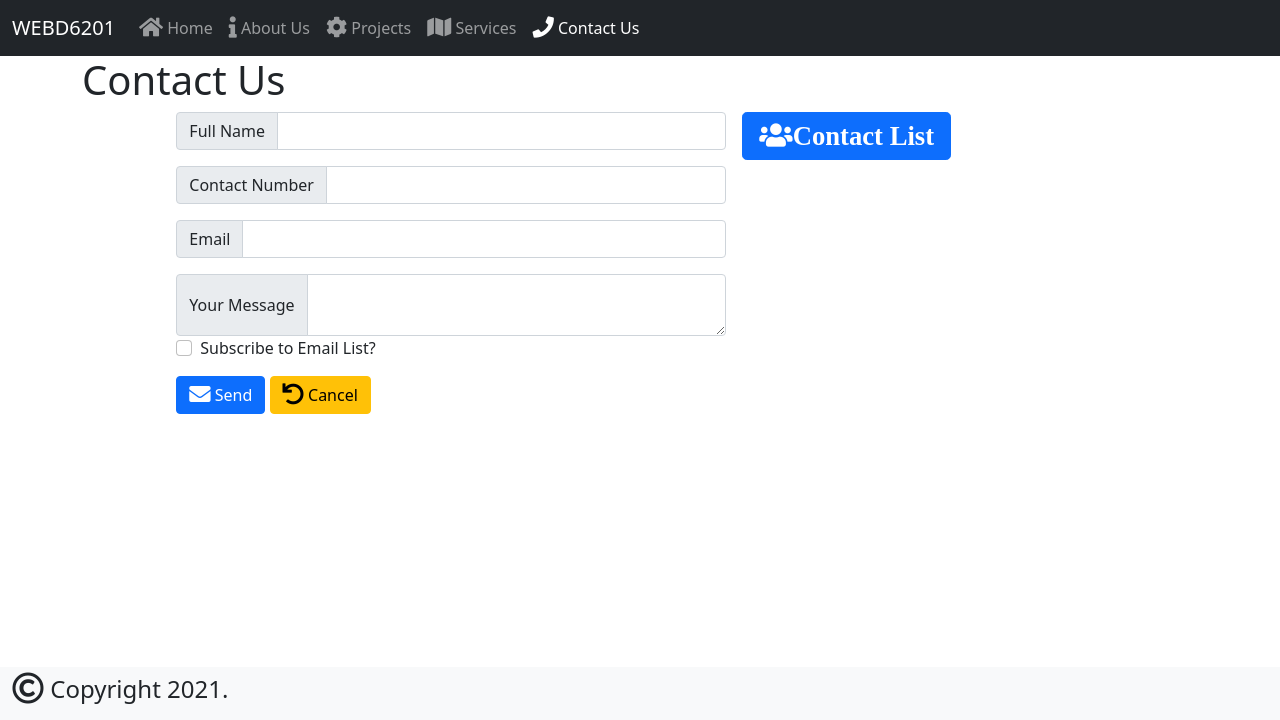
Repository: GarlicButterBoy/WEBD6201-ICE04
Page: contact.html
The author's editor kept a copy of each file at every save. The page is drawn from the files as they stood at one save, then again after the next save.
The browser window is 1280 px wide. The pictures show the whole page.

Above is the page before, as saved 2021-02-10 09:38:28.

### contact.html
<!DOCTYPE html>
<html lang="en">
<head>
    <meta charset="UTF-8">
    <meta name="viewport" content="width=device-width, initial-scale=1.0">
    <title>Contact</title>
    <!-- CSS Section -->
    <link rel="stylesheet" href="./node_modules/bootstrap/dist/css/bootstrap.min.css">
    <link rel="stylesheet" href="./node_modules/@fortawesome/fontawesome-free/css/all.min.css">
    <link rel="stylesheet" href="./Content/app.css">
</head>
<body>
    <!-- Main Header -->
    <header>
        <!-- Main Navigation -->
        <nav class="navbar navbar-expand-lg navbar-dark bg-dark">
            <div class="container-fluid">
              <a class="navbar-brand" href="index.html">WEBD6201</a>
              <button class="navbar-toggler" type="button" data-bs-toggle="collapse" data-bs-target="#navbarSupportedContent" aria-controls="navbarSupportedContent" aria-expanded="false" aria-label="Toggle navigation">
                <span class="navbar-toggler-icon"></span>
              </button>
              <div class="collapse navbar-collapse" id="navbarSupportedContent">
                <ul class="navbar-nav me-auto mb-2 mb-lg-0">
                  <li class="nav-item">
                    <a class="nav-link" aria-current="page" href="index.html"><i class="fas fa-home fa-lg"></i> Home</a>
                  </li>

                  <li class="nav-item">
                    <a class="nav-link" aria-current="page" href="about.html"><i class="fas fa-info fa-lg"></i> About Us</a>
                  </li>

                  <li class="nav-item">
                    <a class="nav-link" aria-current="page" href="projects.html"><i class="fas fa-cog fa-lg"></i> Projects</a>
                  </li>

                  <li class="nav-item">
                    <a class="nav-link" aria-current="page" href="services.html"><i class="fas fa-map fa-lg"></i> Services</a>
                  </li>

                  <li class="nav-item">
                    <a class="nav-link active" aria-current="page" href="contact.html"><i class="fas fa-phone fa-lg"></i> Contact Us</a>
                  </li>
                </ul>
              </div>
            </div>
          </nav>
    </header>

    <!-- Main Content -->
    <main class="container">
        <h1>Contact Us</h1>
        <div id="messageArea"></div>

        <div class="row justify-content-lg-center g-3">
          <form class="col-lg-6 col-md-10 col-sm-10">

            <div class="input-group mb-3">
              <span class="input-group-text" id="inputGroup-sizing-default">Full Name </span>
              <input id="fullName" type="text" class="form-control" aria-label="Full Name" aria-describedby="Full Name Input"
              name="fullName" required>
            </div>

            <div class="input-group mb-3">
              <span class="input-group-text" id="inputGroup-sizing-default">Contact Number</span>
              <input id="contactNumber" type="tel" class="form-control" aria-label="Contact Number" aria-describedby="Contact Number Input"
              name="contactNumber" required>
            </div>

            <div class="input-group mb-3">
              <span class="input-group-text" id="inputGroup-sizing-default">Email</span>
              <input id="emailAddress" type="email" class="form-control" aria-label="Email Address" aria-describedby="Email Address Input"
              name="emailAddress" required>
            </div>

            <div class="input-group">
              <span class="input-group-text" >Your Message</span>
              <textarea class="form-control" aria-label="With textarea" required></textarea>
            </div>

            <div class="form-check mb-3">
              <input class="form-check-input" type="checkbox" value="" id="subscribeCheckbox" name="subscribeCheckbox">
              <label class="form-check-label" for="subscribeCheckbox">Subscribe to Email List?</label>
            </div>

            <button id="sendButton" type="submit" class="btn btn-primary"><i class="fas fa-envelope fa-lg"></i> Send</button>
            <button id="cancelButton" type="reset" class="btn btn-warning"><i class="fas fa-undo fa-lg"></i> Cancel</button>
          </form>

          <div class="col=lg-3 col-md-4">
            <a href="contact-list.html" class="btn btn-primary btn-lg"><i class="fas fa-users fa-lg">Contact List</i></a>
          </div>

        </div>


    </main>

    <!-- Main Footer -->
    <footer>
        <nav class="navbar fixed-bottom navbar-light bg-light">
            <div class="container-fluid">
              <h4><i class="far fa-copyright fa-lg"></i> Copyright 2021.</h4>
            </div>
          </nav>
    </footer>

    <!-- Script Section-->
    <script src="./node_modules/jquery/dist/jquery.min.js"></script>
    <script src="./node_modules/bootstrap/dist/js/bootstrap.bundle.min.js"></script>
    <script src="./Scripts/namespace.js"></script>
    <script src="./Scripts/contact.js"></script>
    <script src="./Scripts/app.js"></script>
</body>
</html>

### Scripts/namespace.js

//namespace core
let core;

### Scripts/contact.js
"use strict";

//Contact Class

(()=>{
    class Contact {

        //getters and setters
      get FullName()
      {
          return this.m_fullName;
      }
      get ContactNumber()
      {
          return this.m_conactNumber;
      }
      get EmailAddress()
      {
          return this.m_emailAddress;
      }
      set FullName(value)
      {
          this.m_fullName = value;
      }
      set ContactNumber(value)
      {
          this.m_conactNumber = value;
      }
      set EmailAddress(value)
      {
          this.m_emailAddress = value;
      }

        //Constructor
        /**
         * A Constructor for any Contact objects being instantiated
         * @param {string} fullName
         * @param {string} contactNumber
         * @param {string} emailAddress
         */
        constructor(fullName = "", contactNumber = "", emailAddress = "")
        {
            this.ContactNumber = contactNumber;
            this.EmailAddress = emailAddress;
            this.FullName = fullName;
        }



        //Methods
        /**
         * Overrides the toString method to print the Contact class
         * @returns {string}
         */
        toString()
        {
            return `Full Name: ${this.m_fullName}\nPhone: ${this.m_contactNumber}\nEmail: ${this.m_emailAddress}`;
        }

        /**
         * This method returns a JSON Object
         * @returns {Object}
         */
        toJSON()
        {
            return {
                "fullName":this.FullName,
                "contactNumber":this.ContactNumber,
                "emailAddress":this.EmailAddress
            }
        }
        /**
         * Method converts the Contact into a comma-seperated value string
         * @returns {String}
         */
        serialize()
        {
            if (this.FullName !== "" && this.ContactNumber !== "" && this.EmailAddress !== "")
            {
                return `${this.FullName},${this.ContactNumber},${this.EmailAddress}`;
            }
            else
            {
                console.error("Error: One of more of the Contact Properties are empty or null.");
                return null;
            }

        }
        /**
         * Method takes a comma-seperated data string and assigns the values to the contact class properties
         * @param {string} data
         * @returns {void}
         */
        deserialize(data)
        {
            let propertyArray = data.split(",");
            this.FullName = propertyArray[0];
            this.ContactNumber = propertyArray[1];
            this.EmailAddress = propertyArray[2];
        }

    }

core.Contact = Contact;

})(core || (core={}));

### Scripts/app.js
/* custom JavaScript goes here */

//IIFE - Immediately Invoked Function Expression
//AKA - Anonymous Self-Executing Function
//Closure - limits scope leak

"use strict";
/* Example of a class being created with brand new functions
let myContact =
{
  "firstName":"Nick SF",
  "contactNumber":"905-123-4567",
  "emailAddress":"email@test.com",
  "saysHello":function() { console.log(`${fullName} says Hello!`); },
  "someOtherObject":{  "friendsList":["Tony", "Stephen", "Peter"]  }

};*/

((core) =>
{
    function displayHome()
    {
/*
      $("button").on("mouseover", function(){
        console.log("JQuery Click");
      });

      let myButton = document.querySelectorAll("button")[1];
      myButton.addEventListener("click", () => {
        console.log("Button Clicked!");
      });
*/
      //console.log(myButton);

        let paragraphOneText =
          "This is a simple site to demonstrate DOM Manipulation for ICE 1";

        let paragraphOneElement = document.getElementById("paragraphOne");

        paragraphOneElement.textContent = paragraphOneText;
        paragraphOneElement.className = "fs-5";

        // Step 1. document.createElement
        let newParagraph = document.createElement("p");
        // Step 2. configure the element
        newParagraph.setAttribute("id", "paragraphTwo");
        newParagraph.textContent = "...And this is paragraph two";
        // Step 3. select the parent element
        let mainContent = document.getElementsByTagName("main")[0];
        // Step 4. Add / Insert the element
        mainContent.appendChild(newParagraph);

        newParagraph.className = "fs-6";

        // another way of injecting content
        let paragraphDiv = document.createElement("div");
        let paragraphThree = `<p id="paragraphThree" class="fs-7 fw-bold">And this is the Third Paragraph</p>`;
        paragraphDiv.innerHTML = paragraphThree;

        // insertions

        // example of inserting before a node
        //newParagraph.before(paragraphDiv);

        // example of inserting after a node
        newParagraph.after(paragraphDiv);

        // deletions

        // example of removing a single element
        //paragraphOneElement.remove();

        // example of removeChild
        mainContent.removeChild(paragraphOneElement);

        // update / modification
        //mainContent.firstElementChild.textContent = "Welcome Home!";

        mainContent.innerHTML = `<h1 id="firstHeading">Welcome to WEBD6201 - Lab 1</h1>
         <p id="paragraphOne" class="fs-3 fw-bold">This is my first Paragraph</p>
        `;

    }

    function displayAbout()
    {

    }

    function displayProjects()
    {

    }

    function displayServices()
    {

    }

    function displayContact()
    {
        //This is the same as below
        let messageArea = $("#messageArea").hide();
        //Same as this
        //let messageArea = document.getElementById("messageArea");
        //messageArea.hidden = true;

        // form validation
        $("#fullName").on("blur", function()
        {
          if($(this).val().length < 2)
            {
                //JQuery example of the lines below
                $(this).trigger("focus").trigger("select");
                messageArea.show().addClass("alert alert-danger").text("Please enter an appropriate name");
                //fullName.focus();
                //fullName.select();
                //messageArea.hidden = false;
                //messageArea.className = "alert alert-danger";
                //messageArea.textContent = "Please enter an appropriate Name";
            }
            else
            {
                //JQuery example of the line below
                messageArea.removeAttr("class").hide();
                //messageArea.hidden = true;
                //messageArea.removeAttribute("class");
            }
        });
        //let fullName = document.getElementById("fullName");
        //fullName.addEventListener("blur", function() {});

        $("#sendButton").on("click", ()=>
        {
          if ($("#subscribeCheckbox")[0].checked)
          {
            let contact = new core.Contact(FullName.value, ContactNumber.value, EmailAddress.value);
            if(contact.serialize()) //checking if the serialized object exists
            {
              let key = contact.FullName.substring(0, 1) + Date.now();

              localStorage.setItem(key, contact.serialize());
            }
          }
        });

        //let sendButton = document.getElementById("sendButton");
        //sendButton.addEventListener("click", function(event){

            //event.preventDefault();
            //console.log(contact.serialize());
            //fullName.value = "";
            //contactNumber.value = "";
            //emailAddress.value = "";
        //});
    }
    function displayContactList()
    {

      if(localStorage.length > 0)
      {
        let contactList = document.getElementById("contactList");

        let data = "";
        let keys = Object.keys(localStorage);

        let index = 1;

        for (const key of keys)
        {
          console.log(key);
          let contactData = localStorage.getItem((key).toString());

          console.log(contactData);

          let contact = new core.Contact();
          contact.deserialize(contactData);

          data += `<tr>
                  <th scope="row">${index}</th>
                  <td>${contact.FullName}</td>
                  <td>${contact.ContactNumber}</td>
                  <td>${contact.EmailAddress}</td>
                  <td class="text-center"><button class="btn btn-primary btn-sm edit" value="${key}"><i class="fas fa-sm fa-edit"></i> Edit</button></td>
                  <td class="text-center"><button class="btn btn-warning btn-sm delete" value="${key}"><i class="fas fa-sm fa-trash-alt"></i> Delete</button></td>
                  </tr>`;
          index++;
        }

        contactList.innerHTML = data;
        //TODO: Create an Edit page
        $("button.edit").on("click", function()
        {
          location.href = "edit.html#" + $(this).val();
        });


        $("button.delete").on("click", function()
        {
          if(confirm("Are you sure?"))
          {
            localStorage.removeItem($(this).val());
          }
          location.href = "contact-list.html";
        });

        $("#addButton").on("click", function()
        {
          location.href = "edit.html";
        })
      }


    }
    function displayEdit()
    {

      let key = location.hash.substring(1);

      let contact = new core.Contact();

      //Simple check to ensure the key is not empty
      if(key != "")
      {
        //get contact info from localStorage
        contact.deserialize(localStorage.getItem(key));
        //Display contact info
        $("#fullName").val(contact.FullName);
        $("#contactNumber").val(contact.ContactNumber);
        $("#emailAddress").val(contact.EmailAddress);
      }
      else
      {
        //modify the page so its an add, not an edit
        $("main>h1").text("Add Contact");
        $("#editButton").html(`<i class="fas fa-plus-square fa-lg"></i> Add`)

      }

      //Edit Button
      $("#editButton").on("click", function()
      {
        //If key is empty, make new one
        if (key == "")
        {
          key = contact.FullName.substring(0, 1) + Date.now();
        }

        //Update the contact info using the newly typed data
        contact.FullName = $("#fullName").val();
        contact.ContactNumber = $("#contactNumber").val();
        contact.EmailAddress = $("#emailAddress").val();

        //Update localStorage
        localStorage.setItem(key, contact.serialize());

        //Navigate back to the contact-list.html
        location.href = "contact-list.html";
      });
      //Cancel Button
      $("#cancelButton").on("click", function()
      {
        //return to contact-list.html
        location.href = "contact-list.html";
      });

    }

    function Start()
    {
        console.log("App Started...");




        switch (document.title)
        {
          case "Home":
              displayHome();
            break;
          case "About":
              displayAbout();
            break;
          case "Projects":
              displayProjects();
            break;
          case "Services":
              displayServices();
            break;
          case "Contact":
              displayContact();
            break;
          case "Contact-List":
              displayContactList();
              break;
          case "Edit":
              displayEdit();
            break;
        }

    }

    window.addEventListener("load", Start);

    core.Start = Start;


})  (core || (core={}));

Loaded but not shown: node_modules/bootstrap/dist/css/bootstrap.min.css (library); node_modules/@fortawesome/fontawesome-free/css/all.min.css (library); Content/app.css (common file); node_modules/jquery/dist/jquery.min.js (library); node_modules/bootstrap/dist/js/bootstrap.bundle.min.js (library)

After the next save:
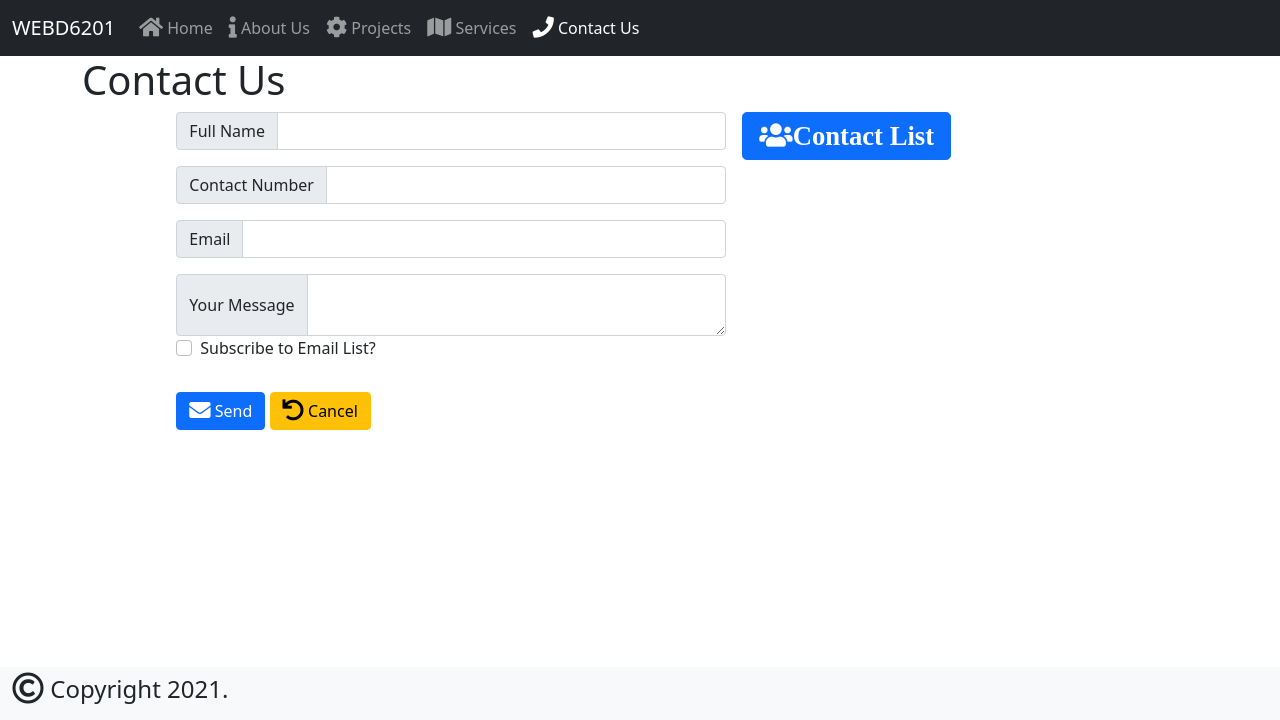
Saved 19 s later.
--- a/contact.html
+++ b/contact.html
@@ -79,7 +79,7 @@
 
             <div class="form-check mb-3">
               <input class="form-check-input" type="checkbox" value="" id="subscribeCheckbox" name="subscribeCheckbox">
-              <label class="form-check-label" for="subscribeCheckbox">Subscribe to Email List?</label>
+              <label class="form-check-label mb-3" for="subscribeCheckbox">Subscribe to Email List?</label>
             </div>
 
             <button id="sendButton" type="submit" class="btn btn-primary"><i class="fas fa-envelope fa-lg"></i> Send</button>

After the 2 saves that followed:
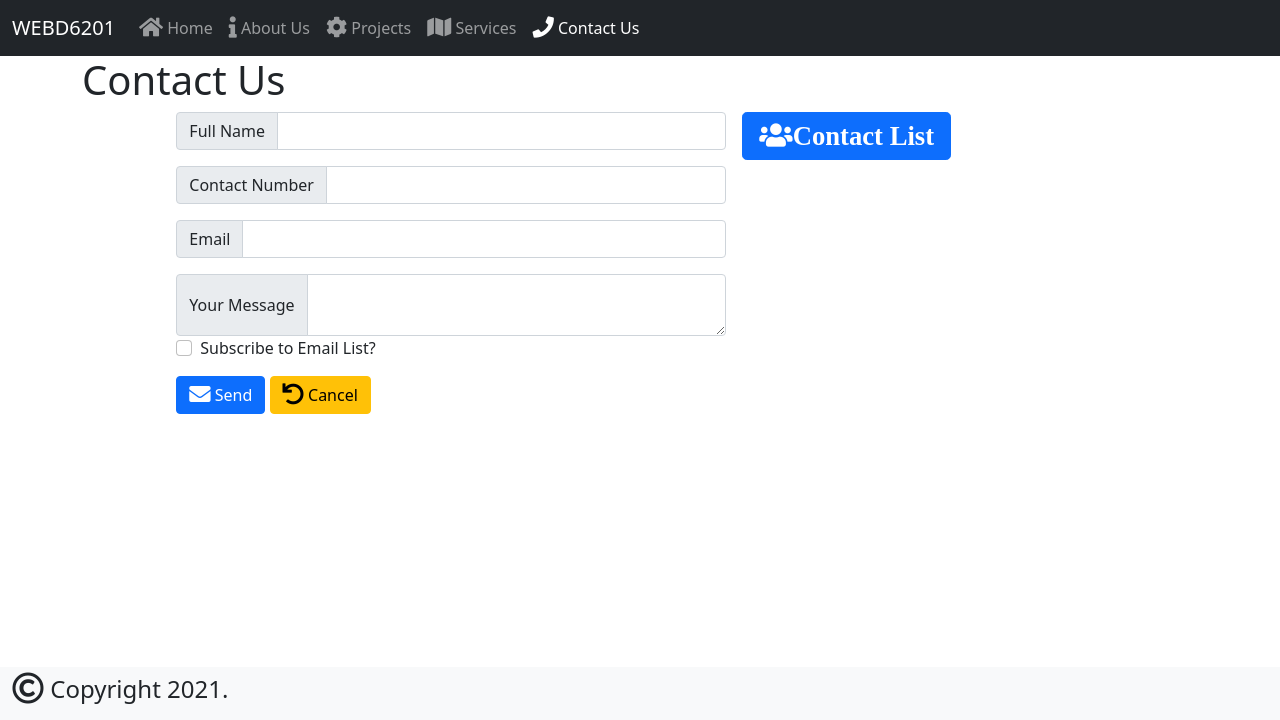
The 2 saves are shown as one change because they came seconds apart.
The last was saved 13 s later.
--- a/contact.html
+++ b/contact.html
@@ -74,12 +74,12 @@
 
             <div class="input-group">
               <span class="input-group-text" >Your Message</span>
-              <textarea class="form-control" aria-label="With textarea" required></textarea>
+              <textarea class="form-control " aria-label="With textarea" required></textarea>
             </div>
 
             <div class="form-check mb-3">
               <input class="form-check-input" type="checkbox" value="" id="subscribeCheckbox" name="subscribeCheckbox">
-              <label class="form-check-label mb-3" for="subscribeCheckbox">Subscribe to Email List?</label>
+              <label class="form-check-label" for="subscribeCheckbox">Subscribe to Email List?</label>
             </div>
 
             <button id="sendButton" type="submit" class="btn btn-primary"><i class="fas fa-envelope fa-lg"></i> Send</button>
